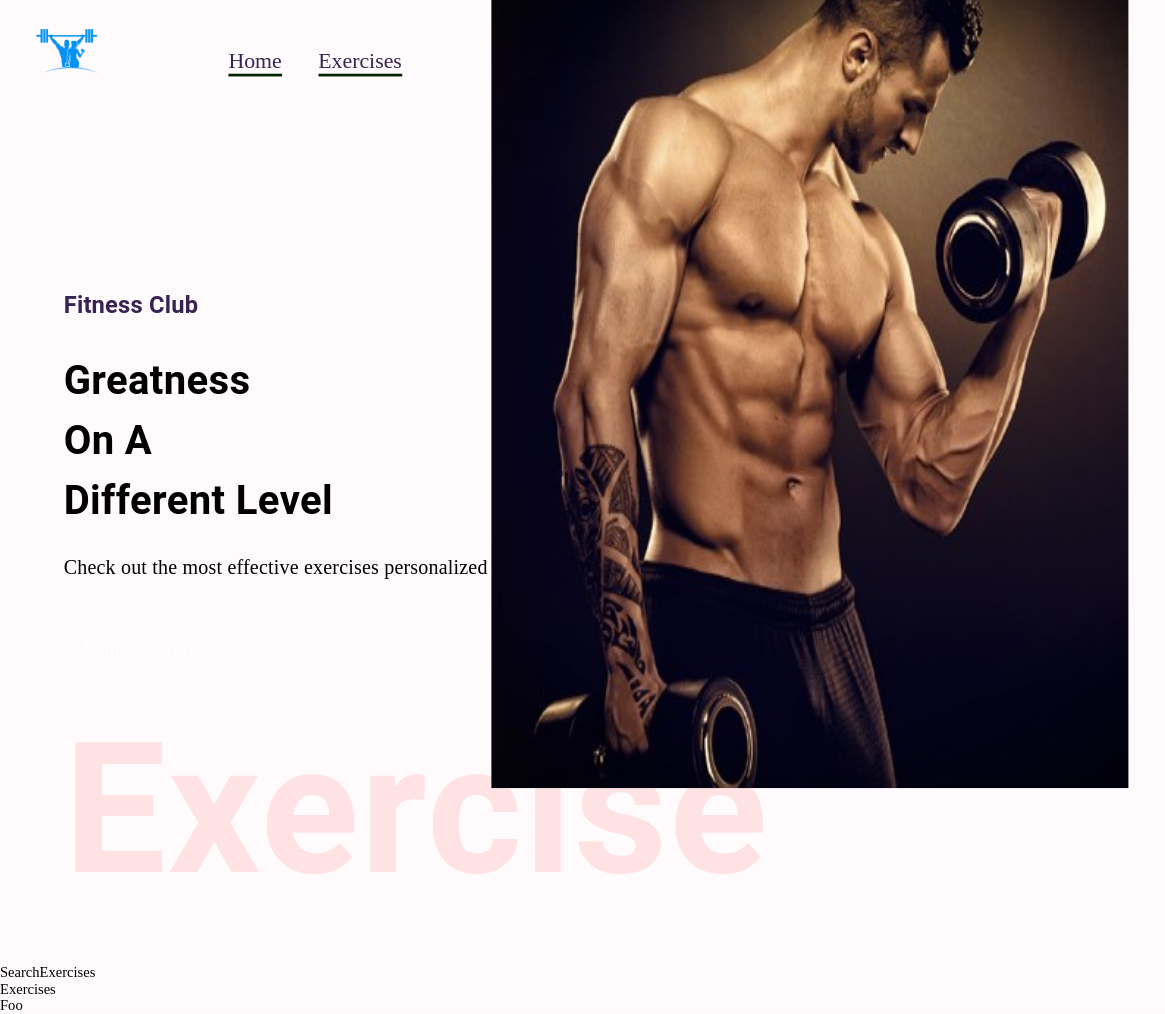
Repository: MhlengiNgubane/Workout-App
Page: /
An editor plug-in stored every save of this project. The page is shown before and after the next save, followed by the edit.
The browser window is 1280 px wide. The pictures show the whole page, at 91% of full size.
The project was rebuilt for these pictures with package versions that can differ from the ones it lists, and the page was loaded fresh each time. Also part of the build but not shown: src/pages/ExerciseDetail.js.

Above is the page before, as saved 2022-07-31 20:41:59.

After the next save:
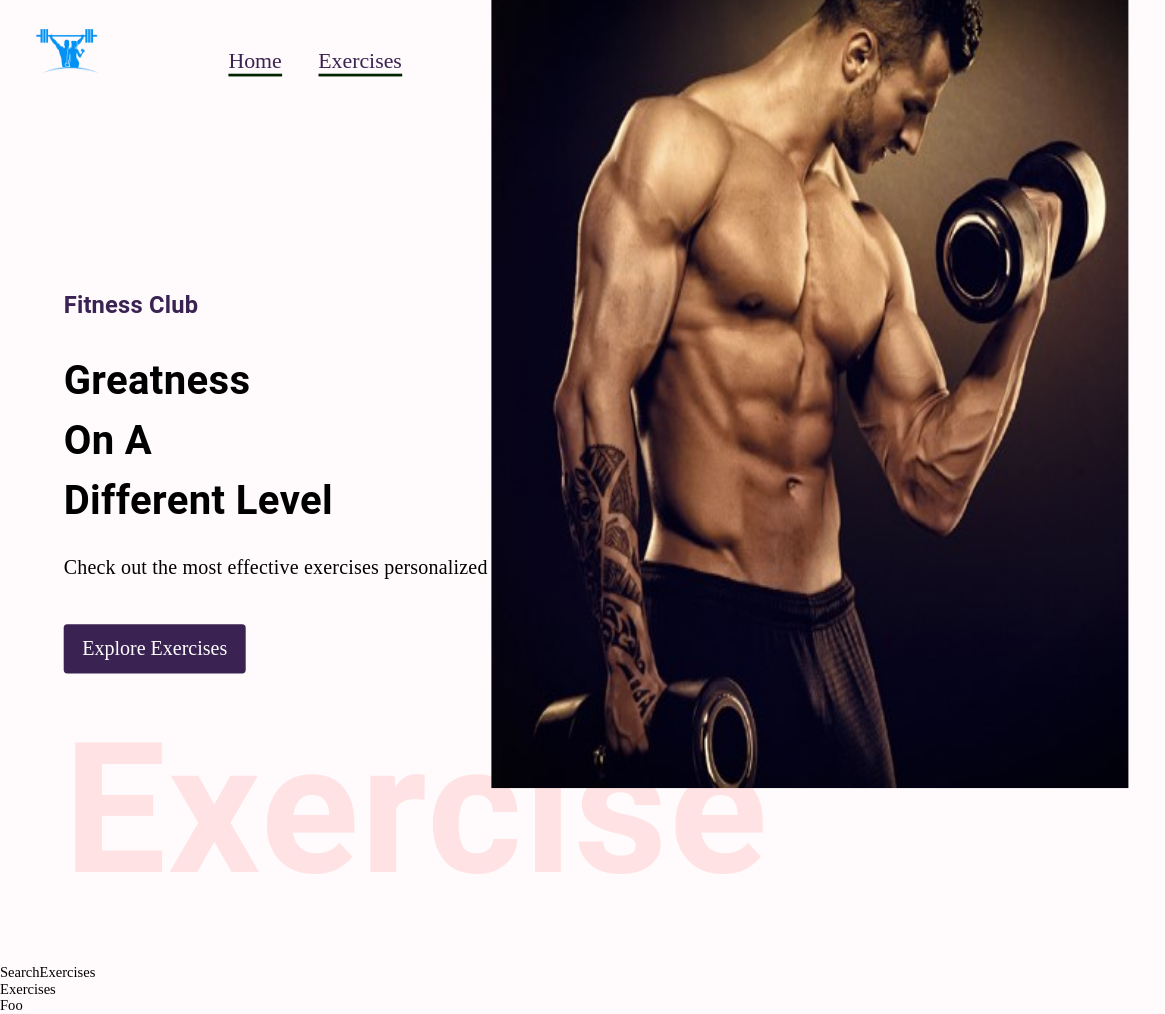
Saved 6 s later.
--- a/src/components/HeroBanner.js
+++ b/src/components/HeroBanner.js
@@ -13,7 +13,7 @@ const HeroBanner = () => (
       Check out the most effective exercises personalized to you
     </Typography>
     <Stack>
-      <a href="#exercises" style={{ marginTop: '45px', textDecoration: 'none', width: '200px', textAlign: 'center', background: '##3A2252', padding: '14px', fontSize: '22px', textTransform: 'none', color: 'white', borderRadius: '4px' }}>Explore Exercises</a>
+      <a href="#exercises" style={{ marginTop: '45px', textDecoration: 'none', width: '200px', textAlign: 'center', background: '#3A2252', padding: '14px', fontSize: '22px', textTransform: 'none', color: 'white', borderRadius: '4px' }}>Explore Exercises</a>
     </Stack>
     <Typography fontWeight={600} color="#FF2625" sx={{ opacity: '0.1', display: { lg: 'block', xs: 'none' }, fontSize: '200px' }}>
       Exercise
